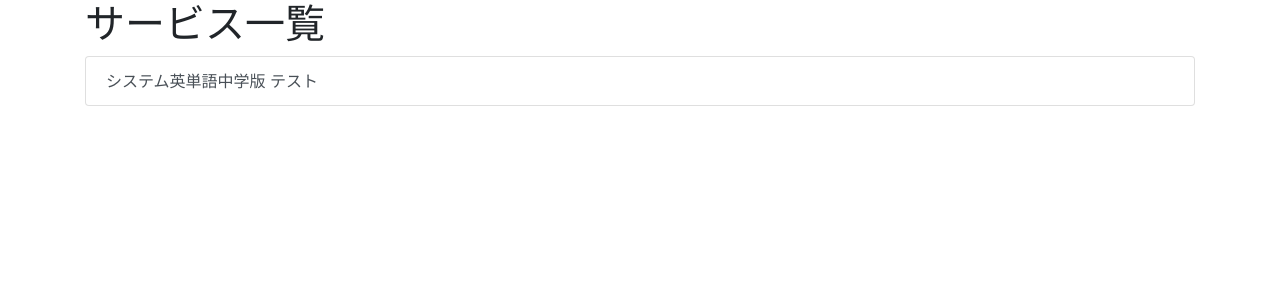
Repository: MBR3/MBR3.github.io
Page: index.html
An editor plug-in stored every save of this project. The page is shown before and after the next save, followed by the edit.
The browser window is 1280 px wide. The pictures show the whole page.
Some web libraries are served in a nearby version.

Above is the page before, as saved 2023-07-09 10:34:31.

After the next save:
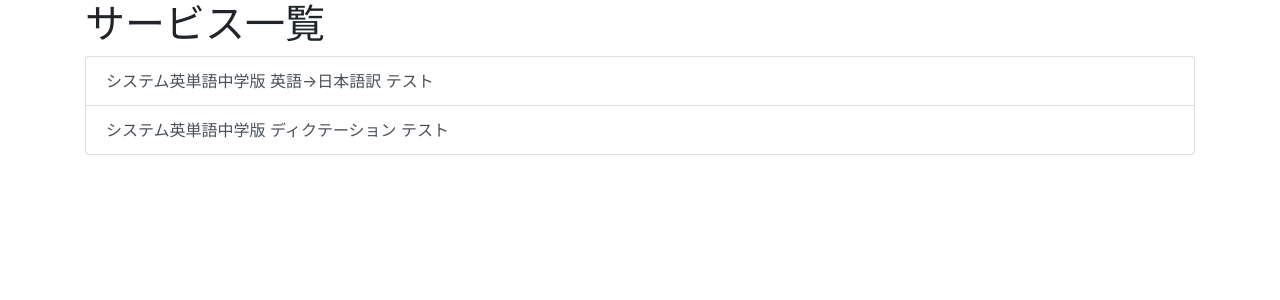
Saved 82 s later.
--- a/index.html
+++ b/index.html
@@ -12,7 +12,8 @@
   <div class="container">
     <h1>サービス一覧</h1>
     <div class="list-group">
-      <a href="shisutan-test.html" class="list-group-item list-group-item-action">システム英単語中学版 テスト</a>
+      <a href="shisutan-test-E2J.html" class="list-group-item list-group-item-action">システム英単語中学版 英語→日本語訳 テスト</a>
+      <a href="shisutan-test-A2E.html" class="list-group-item list-group-item-action">システム英単語中学版 ディクテーション テスト</a>
     </div>
   </div>
 
